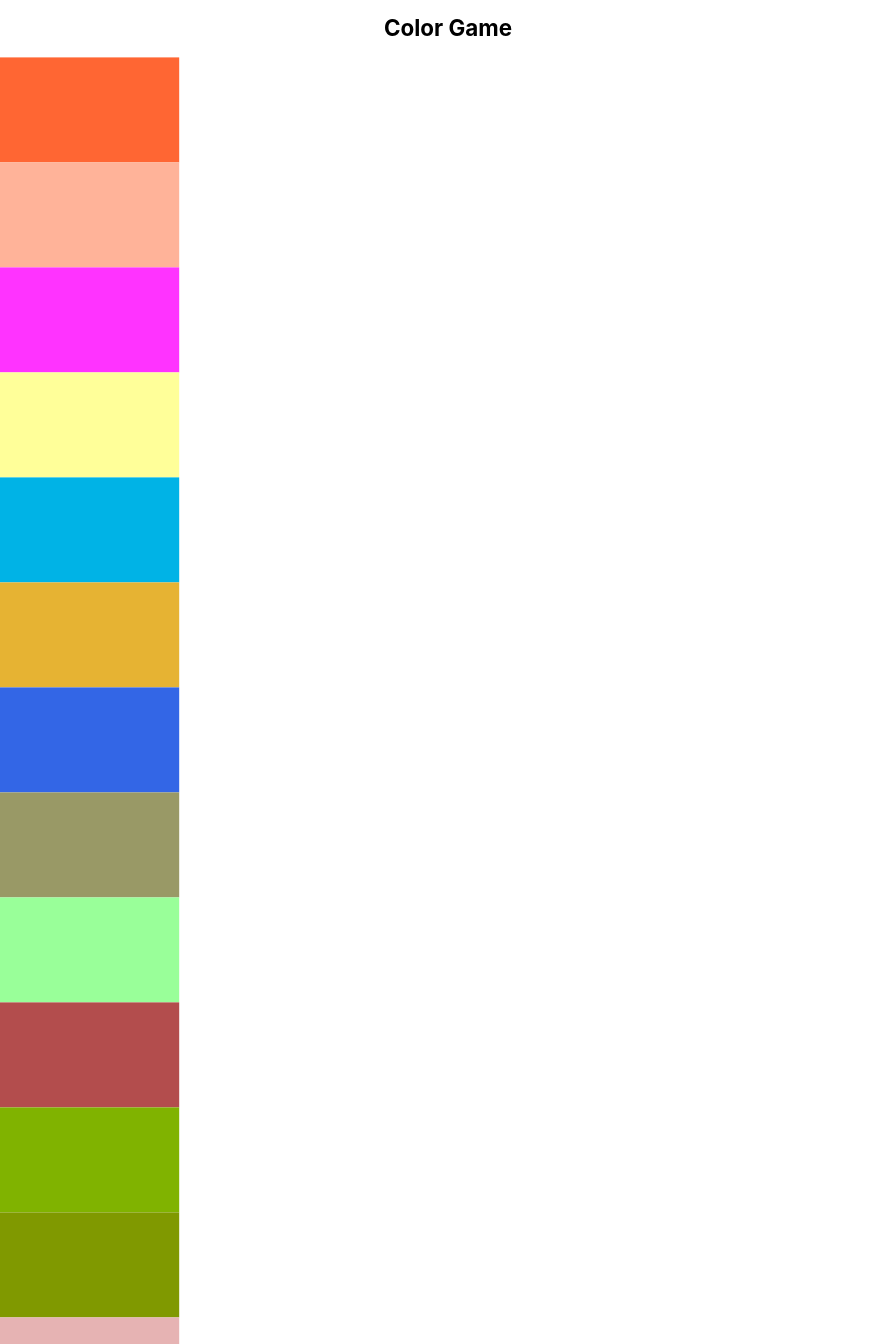
Repository: johnmutina/shades_of_blue
Page: /
The author's editor kept a copy of each file at every save. The page is drawn from the files as they stood at one save, then again after the next save.
The browser window is 1280 px wide. The pictures show the part of the page from y = 0 to 1920 px (the page is 3082 px tall before and 720 px after), at 70% of full size.
The project was rebuilt for these pictures with package versions that can differ from the ones it lists, and the page was loaded fresh each time.

Above is the page before, as saved 2019-06-22 14:28:01.

### src/App.js
import React from 'react';
import ColorBoxes from './ColorBoxes';
import './App.css';

function App() {
  return (
    <div className="App">
      <ColorBoxes />
    </div>
  );
}

export default App;

### src/ColorBoxes.js
import React, { Component } from 'react';
import ColorBox from './ColorBox';

class ColorBoxes extends Component {
    constructor(props){
        super(props);
        this.state = {

        }
    }
    render(){
        let colorArr = ['#FF6633', '#FFB399', '#FF33FF', '#FFFF99', '#00B3E6', '#E6B333', '#3366E6', '#999966', '#99FF99', '#B34D4D', '#80B300', '#809900', '#E6B3B3', '#6680B3', '#66991A', '#FF99E6', '#CCFF1A', '#FF1A66', '#E6331A', '#33FFCC'
        // , '#66994D', '#B366CC', '#4D8000', '#B33300', '#CC80CC', '#66664D', '#991AFF', '#E666FF', '#4DB3FF', '#1AB399', '#E666B3', '#33991A', '#CC9999', '#B3B31A', '#00E680', '#4D8066', '#809980', '#E6FF80', '#1AFF33', '#999933', '#FF3380', '#CCCC00', '#66E64D', '#4D80CC', '#9900B3', '#E64D66', '#4DB380', '#FF4D4D', '#99E6E6', '#6666FF'
    ];
        let idx = Math.floor(Math.random() * colorArr.length);
        return (
            <div>
                <h1>Color Game</h1>
                {colorArr.map(el => <ColorBox color={el} />)}
            </div>
        )
    }
}

export default ColorBoxes;

### src/ColorBox.js
import React, { Component } from 'react';
import './ColorBox.css';

class ColorBox extends Component {
    render(){
        return (
            <div className="ColorBox" style={{backgroundColor: this.props.color}}></div>
        )
    }
}

export default ColorBox;

### src/ColorBox.css
.ColorBox {
    /* display: inline-block; */
    width: 20%;
    height: 150px;

}

Loaded but not shown: public/index.html (common file); src/index.js (common file); src/index.css (common file); src/serviceWorker.js (common file); src/App.css (common file)

After the next save:
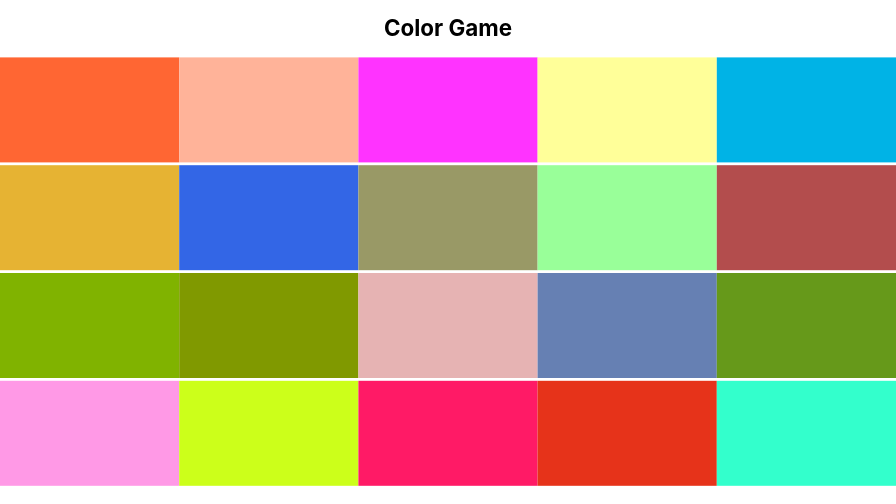
Saved 4 s later.
--- a/src/ColorBox.css
+++ b/src/ColorBox.css
@@ -1,5 +1,5 @@
 .ColorBox {
-    /* display: inline-block; */
+    display: inline-block;
     width: 20%;
     height: 150px;
 
